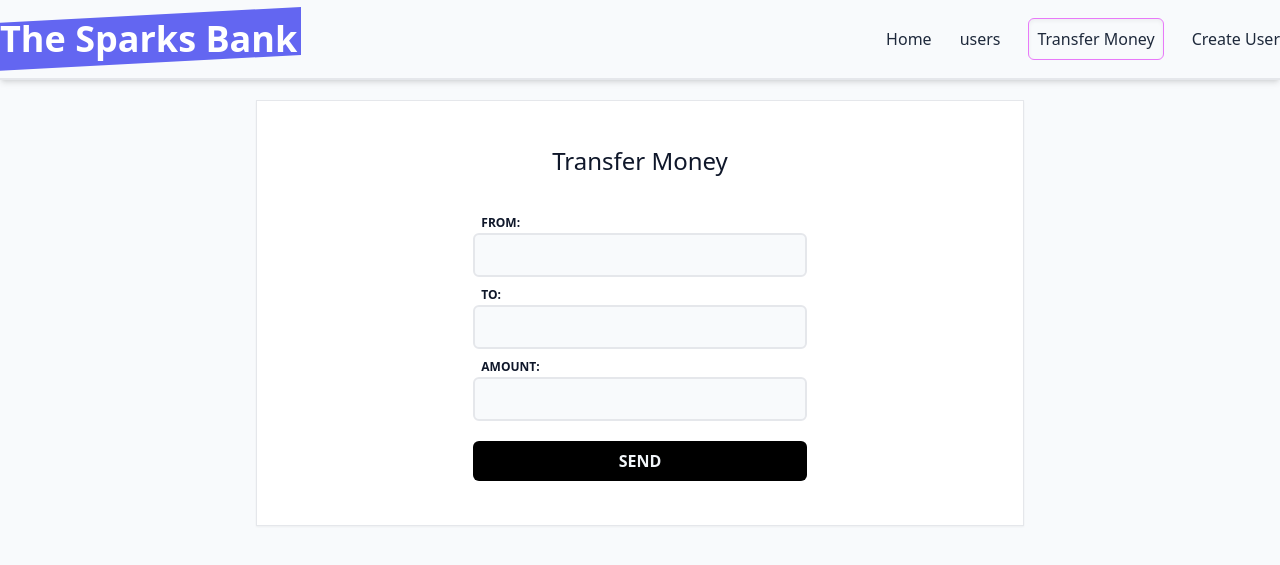
Repository: gauribhardwajj/Banking-System-TSF
Page: /transferMoney
The author's editor kept a copy of each file at every save. The page is drawn from the files as they stood at one save, then again after the next save.
The browser window is 1280 px wide. The pictures show the whole page.
The page's requests for data from a server got no answer. The project was rebuilt for these pictures with package versions that can differ from the ones it lists, and the page was loaded fresh each time. A package was used in the major version that the imports need, not the one package.json lists. The framework's server and built-in components were replaced by stand-ins that run in the browser. No one was signed in, and anything a server would have sent is missing. Also part of the build but not shown: next.config.js.

Above is the page before, as saved 2024-07-26 00:24:23.

### pages/transferMoney.js
import { useState } from "react";
import { getusers, sendmoney } from "../utils/request";
import Head from "next/head";
import { useRouter } from "next/router";
import Navbar from "../components/Navbar";

function TransferMoney({ users }) {
  const router = useRouter();
  const [fromUser, setFromUser] = useState("");
  const [toUser, setToUser] = useState(router.query.id);
  const [amount, setAmount] = useState("");
  const [error, setError] = useState("");
  const [success, setSuccess] = useState("");
  const [loading, setLoading] = useState(false);

  const isValidated = () => {
    if (!fromUser) {
      setError("Select sender details");
      return false;
    }
    if (!toUser) {
      setError("Select receiver details");
      return false;
    }
    if (!amount) {
      setError("Enter Amount");
      return false;
    }
    if (fromUser === toUser) {
      setError("Sender can only send money to others but not himself");
      return false;
    }
    return true;
  };

  const transferMoney = async (e) => {
    e.preventDefault();
    if (error || loading) return;
    if (!isValidated()) return;

    setLoading(true);

    // send money
    const payload = {
      fromUser,
      toUser,
      amount,
    };
    const res = await sendmoney(payload);

    if (res.hasError) {
      setError(res.errorMessage);
    } else {
      setError("");
      setFromUser("");
      setToUser("");
      setAmount("");
      setSuccess(res.data.message);
    }

    setLoading(false);
    setError("");
  };

  return (
    <div className="min-h-screen w-full bg-slate-50 text-slate-900 antialiased">
      <Head>
        <title>Transfer-Money</title>
        <link rel="icon" href="/favicon.png" />
      </Head>

      <Navbar />

      <main className="mx-auto flex h-full w-screen items-center justify-between px-5 md:max-w-screen-2xl md:px-0 xl:max-w-screen-xl">
        <div className="w-full py-5">
          <section className="relative mx-auto flex w-full max-w-screen-md flex-col items-center gap-y-8 gap-x-16 border-[0.2px] bg-white p-11 shadow-sm">
            <h1 className="text-2xl">Transfer Money</h1>

            {error && (
              <p className="text-red-500 text-center capitalize font-semibold text-sm">
                {error}
              </p>
            )}
            {success && (
              <p className="text-green-500 text-center capitalize font-semibold text-sm">
                {success}
              </p>
            )}
            <form
              onSubmit={transferMoney}
              className="flex flex-col gap-y-1 items-center justify-center"
            >
              <div className="w-full">
                <label htmlFor="subject" className="label">
                  From:
                </label>
                <input
                  className="input"
                  list="branch"
                  value={fromUser}
                  onChange={(e) => {
                    setFromUser(e.target.value);
                    setError("");
                  }}
                />
                <datalist className="input" name="branch" id="branch">
                  {users?.data?.map((user) => (
                    <option key={user._id} value={user._id}>
                      {user.name}
                    </option>
                  ))}
                </datalist>
              </div>

              <div className="w-full">
                <label htmlFor="subject" className="label">
                  To:
                </label>
                <input
                  className="input"
                  list="branch"
                  value={toUser}
                  onChange={(e) => {
                    setToUser(e.target.value);
                    setError("");
                  }}
                />
                <datalist className="input" name="branch" id="branch">
                  {users?.data?.map((user) => (
                    <option key={user.name} value={user._id}>
                      {user.name}
                    </option>
                  ))}
                </datalist>
              </div>

              <div className="w-full">
                <label htmlFor="amount" className="label">
                  Amount:
                </label>
                <input
                  className="input"
                  type="text"
                  name="amount"
                  value={amount}
                  onChange={(e) => {
                    setAmount(e.target.value);
                    setError("");
                  }}
                />
              </div>

              <button
                type="submit"
                className="w-full mt-4 rounded-md bg-black p-2 px-3 font-semibold uppercase text-slate-100 transition-all hover:bg-purple-500 hover:text-white hover:ring-2 hover:ring-purple-500 cursor-pointer text-center"
              >
                Send
              </button>
            </form>
          </section>
        </div>
      </main>
    </div>
  );
}

export default TransferMoney;

export async function getServerSideProps(context) {
  const users = await getusers();

  return {
    props: { users },
  };
}

### styles/globals.css
@tailwind base;
@tailwind components;
@tailwind utilities;

@layer base {
  html {
    -webkit-tap-highlight-color: transparent;
  }

  ::-webkit-scrollbar {
    width: 6px;
  }

  ::-webkit-scrollbar-track {
    -webkit-box-shadow: inset 0 0 6px rgba(0, 0, 0, 0.5);
    -webkit-border-radius: 10px;
    border-radius: 10px;
  }

  ::-webkit-scrollbar-thumb {
    -webkit-border-radius: 10px;
    border-radius: 10px;
    background: rgba(0, 0, 0, 0.4);
    -webkit-box-shadow: inset 0 0 6px rgba(0, 0, 0, 0.5);
  }

  ::-webkit-scrollbar-thumb:window-inactive {
    background: rgba(0, 0, 0, 0.6);
  }
}

@layer components {
  .link {
    @apply cursor-pointer select-none text-blue-500 transition-all hover:text-purple-400 hover:underline;
  }
  .active {
    @apply border-[0.2px] border-fuchsia-400 shadow-inner rounded-md p-2;
  }
  .input {
    @apply w-full rounded-md border-2 bg-slate-50 p-2 px-3 text-gray-600 outline-none focus-within:shadow-md;
  }
  .label {
    @apply p-2 text-xs font-semibold uppercase;
  }
}

### utils/request.js
import axios from "axios";
import { server } from "../config";
import { getValue } from "./common";

export const createuser = async (payload) => {
  try {
    const res = await axios.post("/api/signup", payload);
    return res.data;
  } catch (error) {
    const errorMsg = getValue(error, ["response", "data"]);
    if (typeof errorMsg.errorMessage === "object") {
      if (
        errorMsg.errorMessage.code === 11000 &&
        "username" in errorMsg.errorMessage.keyValue
      ) {
        return { hasError: true, errorMessage: "Username already exists" };
      }
      if (
        errorMsg.errorMessage.code === 11000 &&
        "email" in errorMsg.errorMessage.keyValue
      ) {
        return { hasError: true, errorMessage: "Email already exists" };
      }
      return { hasError: true, errorMessage: "Invalid data" };
    }
    return errorMsg;
  }
};

export const getusers = async () => {
  try {
    const res = await axios.get(`${server}/api/user`);
    return res.data;
  } catch (error) {
    const errorMsg = getValue(error, ["response", "data"]);
    return errorMsg;
  }
};

export const getuser = async (id) => {
  try {
    const res = await axios.get(`${server}/api/user/${id}`);
    return res.data;
  } catch (error) {
    const errorMsg = getValue(error, ["response", "data"]);
    return errorMsg;
  }
};

export const sendmoney = async (payload) => {
  try {
    const res = await axios.put(`${server}/api/transferMoney`, payload);
    return res.data;
  } catch (error) {
    const errorMsg = getValue(error, ["response", "data"]);
    return errorMsg;
  }
};

### components/Navbar.js
// import { LogoutIcon, UserCircleIcon } from "@heroicons/react/outline";
import { useRouter } from "next/router";

function Navbar() {
  const router = useRouter();

  return (
    <div className={`h-20 border-b-2 shadow-md z-50`}>
      <div className="w-screen px-5 md:px-0 md:max-w-screen-2xl xl:max-w-screen-xl mx-auto flex items-center justify-between h-full">
        <div>
          <h1
            onClick={() => router.push(`/`)}
            className="hidden md:inline-block font-Dongle text-4xl before:block before:absolute before:-inset-1 before:-skew-y-3 before:bg-indigo-500 relative hover:cursor-pointer"
          >
            <span className="relative text-white font-bold">
              The Sparks Bank
            </span>
          </h1>
        </div>
        <ul className="flex items-center space-x-4 sm:space-x-7">
          <li
            onClick={() => router.push("/")}
            className={`link text-slate-800 text-sm sm:text-base ${
              router.pathname === "/" && "active"
            }`}
          >
            Home
          </li>
          <li
            onClick={() => router.push("/users")}
            className={`link text-slate-800 text-sm sm:text-base ${
              router.pathname === "/users" && "active"
            }`}
          >
            users
          </li>
          <li
            onClick={() => router.push(`/transferMoney`)}
            className={`link text-slate-800 ${
              router.pathname === "/transferMoney" && "active"
            }`}
          >
            Transfer Money
          </li>
          <li
            onClick={() => router.push(`/createUser`)}
            className={`link text-slate-800 ${
              router.pathname === "/createUser" && "active"
            }`}
          >
            Create User
          </li>
        </ul>
      </div>
    </div>
  );
}

export default Navbar;

### config/index.js
const dev = process.env.NODE_ENV !== "production";

export const server = dev
  ? "http://localhost:3000"
  : "https://banking-system-grip-tsf.vercel.app";

### utils/common.js
export const errorHandler = (data, res, code = 400) => {
  res.status(code).json({
    hasError: true,
    errorMessage: data,
  });
};

export const responseHandler = (data, res, code = 200) => {
  res.status(code).json({
    hasError: false,
    data,
  });
};

export const validateAllOnce = (fields) => {
  for (let key in fields) {
    if (typeof fields[key] === "string") {
      if (fields[key].trim() === "") {
        throw `${key} required`;
      }
    } else {
      if (fields[key] === null) {
        throw `${key} required`;
      }
    }
  }
};

export const hasOnlyNumbers = (str) => {
  if (!/^[0-9]+$/.test(str)) {
    throw `Amount should contain only numbers`;
  }
};

export const getValue = (obj, path, defaultValue) => {
  try {
    if (!(obj instanceof Array)) {
      let myValue = obj;
      for (const key of path) {
        if (!key) {
          break;
        }
        if (!key in myValue) {
          return defaultValue;
        } else {
          myValue = myValue[key];
        }
      }
      return myValue;
    }
  } catch (error) {
    return defaultValue;
  }
};

Loaded but not shown: pages/_app.js (common file); tailwind.config.js (common file)

After the next save:
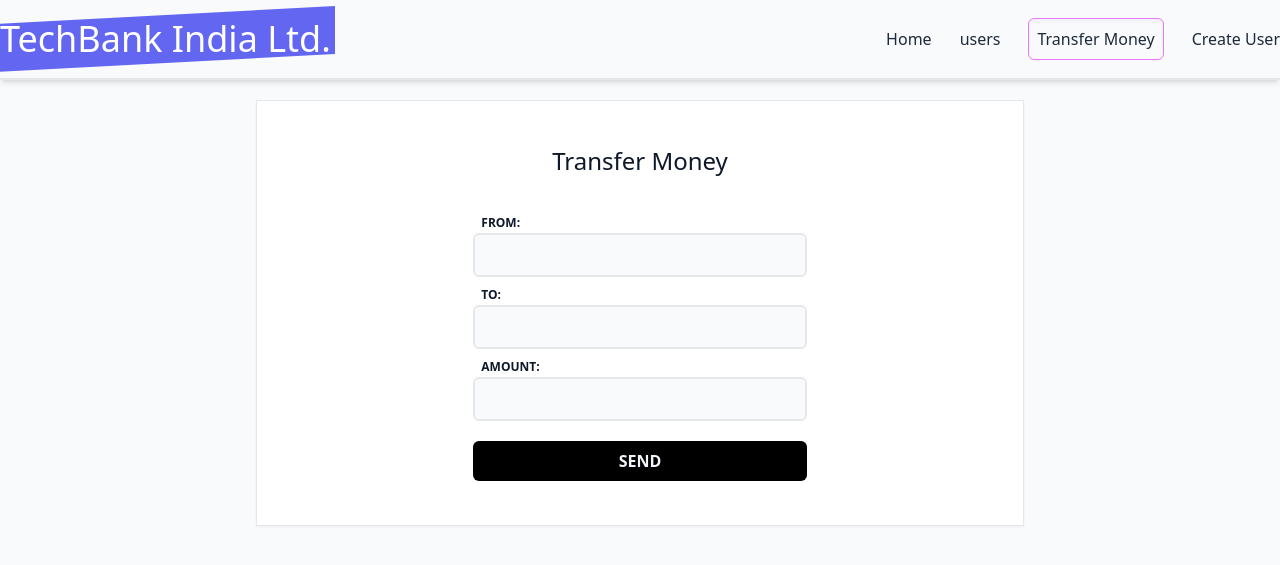
Saved 50 s later.
--- a/components/Navbar.js
+++ b/components/Navbar.js
@@ -12,8 +12,8 @@ function Navbar() {
             onClick={() => router.push(`/`)}
             className="hidden md:inline-block font-Dongle text-4xl before:block before:absolute before:-inset-1 before:-skew-y-3 before:bg-indigo-500 relative hover:cursor-pointer"
           >
-            <span className="relative text-white font-bold">
-              The Sparks Bank
+            <span className="relative text-white">
+              TechBank India Ltd.
             </span>
           </h1>
         </div>
